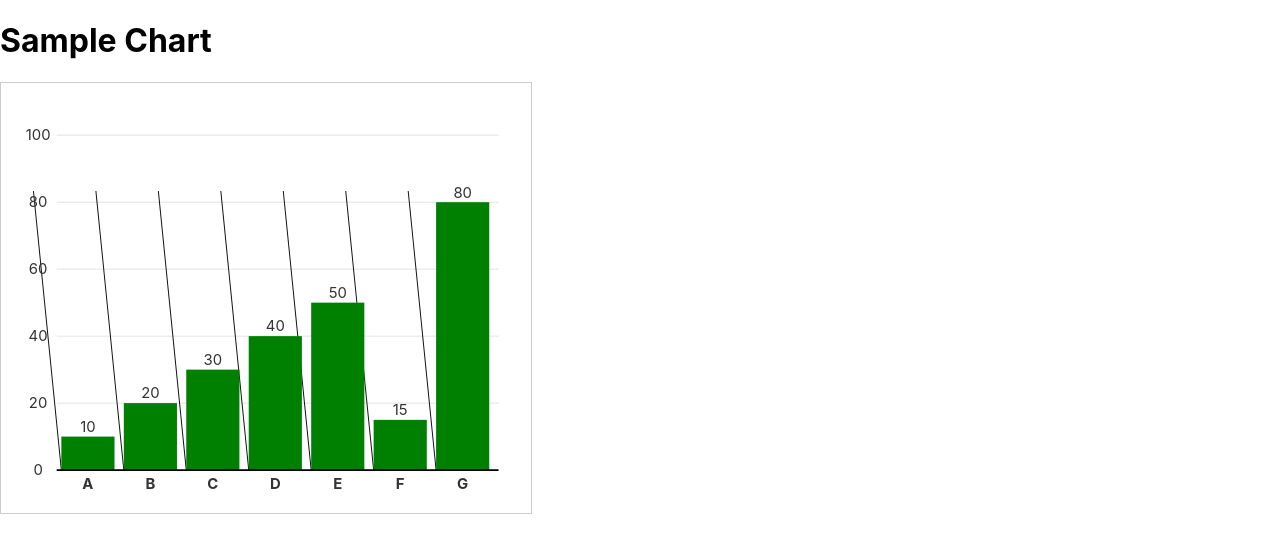
Repository: CaptainJang316/GChart
Page: /
These files come from the project's save history. The page is drawn as it stood at one moment and after the next save; the edit follows.
The browser window is 1280 px wide. The pictures show the whole page.
The project was rebuilt for these pictures with package versions that can differ from the ones it lists, and the page was loaded fresh each time. Also part of the build but not shown: src/App.css.

Above is the page before, as saved 2024-11-09 17:57:44.

### src/App.tsx
/* eslint-disable */
import React from 'react';
import './App.css';
import BarChart from './components/Chart/BarChart';
import { Option } from './types/Option';

function App() {
  const sampleOption: Option = {
    type: 'bar',
    data: [
      { label: 'A', value: 10 },
      { label: 'B', value: 20 },
      { label: 'C', value: 30 },
      { label: 'D', value: 40 },
      { label: 'E', value: 50 },
      { label: 'F', value: 15 },
      { label: 'G', value: 80 },
    ],
    layout: {
      width: 500,
      height: 400,
      axisCnt: 5
    },
    style: {
      color: "green"
    },
    tooltip: true,
    label:  {
      show: true,
      position: 'mid'
    }
  };

  return (
    <div>
      <h1>Sample Chart</h1>
      {/* 차트의 border 없애고, X,Y 축에 대한 컴포넌트들로 더 큰 바운더리 구현해야 함. */}
      {/* => ㄴㄴ. 그냥 단일 SVG로 구현하는 게 훨씬 좋음. */}

      <div className="chart-wrapper">
        <BarChart {...sampleOption}/>
      </div>
    </div>
  );
}

export default App;

### src/components/Chart/BarChart.tsx
/* eslint-disable */
import React from 'react';
import { useAxis } from '../Axis/useAxis';
import { useGrid } from '../Grid/useGrid';
import { Option } from '../../types/Option';

// interface ChartProps {
//     data: { label: string, value: number }[];
//     width?: number;
//     height?: number;
//     color?: string;
//     axisCnt?: number;
// };

const BarChart: React.FC<Option> = ({
    data,
    title,
    layout: {
        width = 400,
        height = 300,
        axisCnt = 8,
    },
    style: {
        color = '#4A90E2',
    },
    tooltip = true
}) => {
    const values = data.map(item => item.value);
    const {xAxis, yAxis, scales} = useAxis({data: values, width: width, height: height, axisCnt: axisCnt});
    const {gridLines} = useGrid({data: values, scales, width, height, horizontalLineCnt: axisCnt});

    const maxValue = Math.max(...data.map(d => d.value));
    const barWidth = (width - 30) / data.length;
    // const yTicks = 10;
    // const tickValues = Array.from({ length: yTicks }, (_, i) => (maxValue / yTicks) * i);

    return (
        // svg 요소 안에, 차트를 그린다.
        <div style={{ display: 'inline-block', width: `${width}px`, height: `${height}px`}}>
            <svg width='100%' height='100%' viewBox={`0 0 ${width} ${height + 30}`} style={{ border: '1px solid #ccc', padding: '15px'}}>
                {
                    title?
                    <g className='title-layer'>
                        <h3>{title.text}</h3>
                        {title.subTitle? <h5>{title.subTitle}</h5> : ''}
                    </g> : ''
                }
                <g className='grid-layer'>
                    {gridLines.horizontal.map((el: { id: React.Key | null | undefined; x1: number ; y1: number ; x2: number ; y2: number; }, index: number) => (
                        <line
                            key={el.id}
                            x1={el.x1}
                            y1={el.y1}
                            x2={el.x2}
                            y2={el.y2}
                            stroke="#e0e0e0"
                            // strokeDasharray="4 4"
                            strokeWidth={1}
                        />
                    ))}
                    {gridLines.vertical.map((el: { id: React.Key | null | undefined; x1: number ; y1: number ; x2: number ; y2: number; }, index: number) => (
                        <line
                            key={el.id}
                            x1={barWidth * index + 30}
                            y1={height}
                            x2={barWidth * index}
                            y2={100}
                            stroke="black"
                            // strokeDasharray="4 4"
                            strokeWidth={1}
                        />
                    ))}
                </g>

                <g className='axis-layer'>
                    {yAxis.ticks.map((tick) => (
                        <text
                            x={5}
                            y={tick.position}
                            textAnchor="middle"
                            // fontSize="10"
                            fill="#333"
                        >
                        {tick.value}
                        </text>
                    ))}
                </g>

                <g className='chart-layer'>
                    {data.map((d, i) => {
                        const barHeight = height - scales.yScale(d.value);
                        return (
                            // g는 svg 요소 내에 사용되는 것.
                            // svg에서 그룹을 만드는 역할을 한다.
                            // trangform은 그룹의 위치를 변환하는 데 사용됨.
                            // translate(${i * barWidth}, ${height - barHeight}) <- x축, y축 이동 정도 지정

                            <g key={i} transform={`translate(${i * barWidth}, ${height - barHeight})`}>
                                <rect
                                    width={barWidth - 10}
                                    height={barHeight}
                                    fill={color}
                                    x={30}
                                    y={0}
                                />
                                <text
                                    x={barWidth / 2 + 25}
                                    y={-5}
                                    textAnchor="middle"
                                    // fontSize="10"
                                    fill="#333"
                                >
                                    {d.value}
                                </text>
                            </g>
                        );
                    })}
                </g>

                <g className='bottom-layer'>
                    <line
                        x1={25}
                        y1={height}
                        x2={width}
                        y2={height}
                        stroke="black"
                        // strokeDasharray="4 4"
                        strokeWidth={2}
                    />
                </g>
                <g className='label-layer'>
                    {data.map((d, i) => {
                        let currX = barWidth * i;
                        return (
                            <text
                            x={currX + barWidth / 2 + 25}
                            y={height + 20}
                            textAnchor="middle"
                            // fontSize="12"
                            fontWeight="bold"
                            fill="#333"
                        >
                            {d.label}
                        </text>
                        );
                    })}
                </g>
            </svg>
        </div>
    );
};

export default BarChart;

### src/components/Axis/useAxis.ts
/* eslint-disable */
import { useMemo } from 'react';
import { scaleLinear } from 'd3-scale';

interface AxisProps {
    data: number[];
    width: number;
    height: number;
    axisCnt?: number;
    horizontalPadding?: number; // 좌우 패딩
    topPadding?: number; // 위쪽 패딩
}

export const useAxis = ({
    data,
    width,
    height,
    axisCnt = 6,
    horizontalPadding = 40,
    topPadding = 40
}: AxisProps) => {
    const scales = useMemo(() => {
        // X축 스케일 설정
        const xScale = scaleLinear()
            .domain([0, data.length - 1])
            .range([horizontalPadding, width - horizontalPadding]);

        // Y축 스케일 설정
        const maxValue = Math.max(...data);
        const yMaxValue = getAppropriateMaxValue(maxValue);

        const yScale = scaleLinear()
            .domain([0, yMaxValue])
            // 위쪽 패딩만 적용하고 아래쪽은 height 값 그대로 사용
            .range([height, topPadding]); // -1을 해서 baseline에 정확히 맞춤

        return { xScale, yScale };
    }, [data, width, height, horizontalPadding, topPadding]);

    const xAxis = useMemo(() => {
        return {
            ticks: data.map((_, index) => ({
                value: index,
                position: scales.xScale(index)
            }))
        };
    }, [scales.xScale, data]);

    const yAxis = useMemo(() => {
        const ticks = scales.yScale.ticks(axisCnt);
        return {
            ticks: ticks.map(tick => ({
                value: tick,
                position: scales.yScale(tick) + 5
            }))
        };
    }, [scales.yScale, axisCnt]);

    return { xAxis, yAxis, scales };
};

// 적절한 최대값을 계산하는 헬퍼 함수
function getAppropriateMaxValue(maxValue: number): number {
    const magnitude = Math.pow(10, Math.floor(Math.log10(maxValue)));
    const normalized = maxValue / magnitude;

    if (normalized <= 1) return magnitude;
    if (normalized <= 2) return 2 * magnitude;
    if (normalized <= 5) return 5 * magnitude;
    return 10 * magnitude;
}

### src/components/Grid/useGrid.ts
/* eslint-disable */
import { useMemo } from 'react';

interface GridProps {
    data: number[],
    scales: {
        xScale: any;
        yScale: any;
    },
    width: number,
    height: number
    horizontalLineCnt: number;
}

export const useGrid = ({data, scales, width, height, horizontalLineCnt}: GridProps) => {
    const gridLines = useMemo(() => {
        const vertical = scales.xScale.ticks(data.length - 1).map((tick: number) => ({
            id: `x-${tick}`,
            x1: scales.xScale(tick),
            y1: 0,
            x2: scales.xScale(tick),
            y2: height,
        }));

        const horizontal = scales.yScale.ticks(horizontalLineCnt).map((tick: number) => ({
            id: `y-${tick}`,
            x1: 25,
            y1: scales.yScale(tick),
            x2: width,
            y2: scales.yScale(tick)
        }));

        return {vertical, horizontal};
    }, [scales, width, height]);

    return { gridLines };
}

Loaded but not shown: public/index.html (common file); src/index.tsx (common file); src/index.css (common file); src/reportWebVitals.ts (common file)

After the next save:
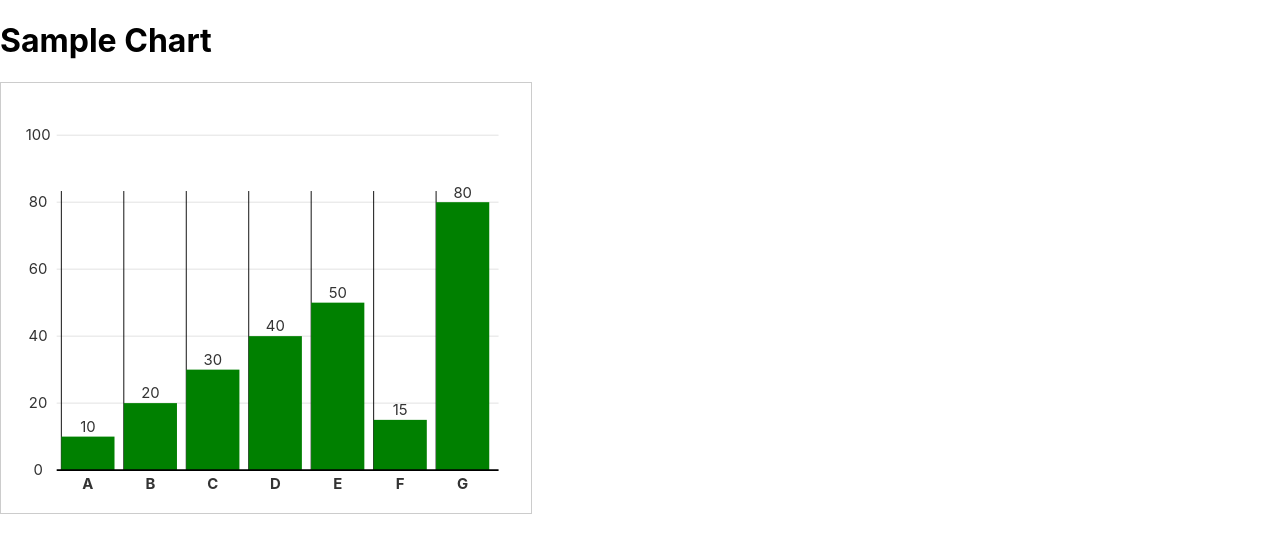
Saved 7 s later.
--- a/src/components/Chart/BarChart.tsx
+++ b/src/components/Chart/BarChart.tsx
@@ -63,7 +63,7 @@ const BarChart: React.FC<Option> = ({
                             key={el.id}
                             x1={barWidth * index + 30}
                             y1={height}
-                            x2={barWidth * index}
+                            x2={barWidth * index + 30}
                             y2={100}
                             stroke="black"
                             // strokeDasharray="4 4"
